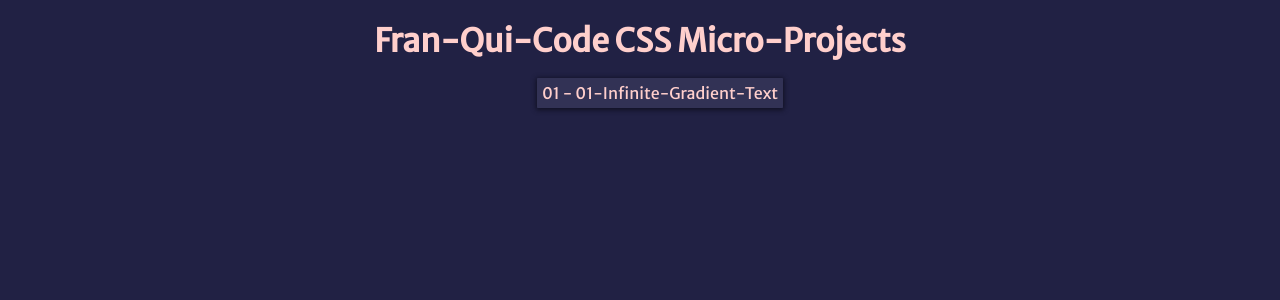
Repository: Francois-QUICODE/CSS-Micro-Projects
Page: index.html
The author's editor kept a copy of each file at every save. The page is drawn from the files as they stood at one save, then again after the next save.
The browser window is 1280 px wide. The pictures show the whole page.

Above is the page before, as saved 2020-11-29 13:33:11.

After the next save:
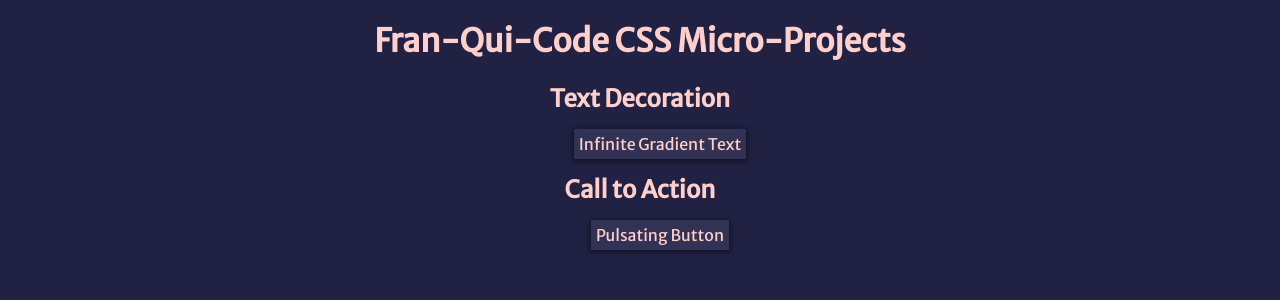
Saved 17 min 4 s later.
--- a/index.html
+++ b/index.html
@@ -6,13 +6,17 @@
   </head>
   <body>
     <h1>Fran-Qui-Code CSS Micro-Projects</h1>
-
+    <h2>Text Decoration</h2>
     <ul>
       <li>
         <a href="/Projects/01-Infinite-Gradient-Text.html"
-          >01 - 01-Infinite-Gradient-Text</a
+          >Infinite Gradient Text</a
         >
       </li>
+    </ul>
+    <h2>Call to Action</h2>
+    <ul>
+      <li><a href="/Projects/02-Pulsating-Button">Pulsating Button</a></li>
     </ul>
 
     <style>
